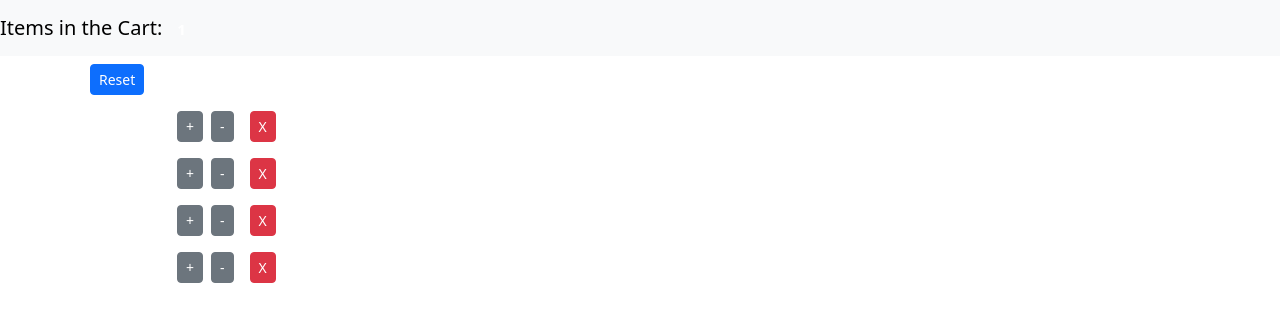
Repository: Edes2128/MovieTable-pagination-filter-sorting-in-React
Page: /
The author's editor kept a copy of each file at every save. The page is drawn from the files as they stood at one save, then again after a run of saves.
The browser window is 1280 px wide. The pictures show the whole page.
The project was rebuilt for these pictures with package versions that can differ from the ones it lists, and the page was loaded fresh each time. Also part of the build but not shown: src/App.css.

Above is the page before, as saved 2020-06-16 00:13:13.

### public/index.html
<!DOCTYPE html>
<html lang="en">
  <head>
    <meta charset="utf-8" />
    <link rel="icon" href="%PUBLIC_URL%/favicon.ico" />
    <meta name="viewport" content="width=device-width, initial-scale=1" />
    <meta name="theme-color" content="#000000" />
    <meta
      name="description"
      content="Web site created using create-react-app"
    />
    <link rel="apple-touch-icon" href="%PUBLIC_URL%/logo192.png" />

    <link rel="manifest" href="%PUBLIC_URL%/manifest.json" />

    <title>React App</title>
  </head>
  <body>
    <noscript>You need to enable JavaScript to run this app.</noscript>
    <div id="root"></div>
</html>

### src/index.js
import React from 'react';
import ReactDOM from 'react-dom';
import './index.css';
import 'bootstrap/dist/css/bootstrap.css';
import App from './App'
import 'font-awesome/css/font-awesome.css'
//

ReactDOM.render(
  <React.StrictMode>
    <App />
  </React.StrictMode>,
  document.getElementById('root')
);

### src/App.js
import React , {Component,Fragment}from 'react';
import './App.css';
//import Movies from './components/movies';
import Counters from './components/counters'
import Navbar from './components/navbar';

class App extends Component {

  state = {
    counters: [
        {id:1,value:4},
        {id:2,value:0},
        {id:3,value:0},
        {id:4,value:0}
    ]
 }


 handleDelete = (counterID) =>{
      const counters = this.state.counters.filter(c => c.id !== counterID);
      this.setState({counters})
 }

 handleReset =() =>{
      const counters = this.state.counters.map(c => {
            c.value = 0;
            return c;
        });
        this.setState({counters})
 };

 handleIncrement = counter => {

        const counters = [...this.state.counters];
        const index = counters.indexOf(counter);
        counters[index] = {...counter};
        counters[index].value++;
        this.setState({counters})
 }

 handleDecrement = counter => {

  const counters = [...this.state.counters];
  const index = counters.indexOf(counter);
  counters[index] = {...counter};
  counters[index].value--;
  this.setState({counters})
}


  render (){

    return (

    <Fragment>
    <Navbar totalCounters={this.state.counters.filter(c => c.value > 0).length} />
      <main className="container">
          <Counters onReset={this.handleReset} onIncrement={this.handleIncrement} onDecrement={this.handleDecrement} onDelete={this.handleDelete} counters={this.state.counters} />
      </main>
      </Fragment>
  );
  }
}
export default App;

### src/components/counters.jsx
import React, { Component } from 'react'
import Counter from './counter'

class Counters extends Component {

    render() {
            const {onReset,counters,onIncrement,onDelete,onDecrement} = this.props;

        return (
            <div>
            <button onClick={onReset} className="btn btn-primary btn-sm m-2">Reset</button>
                {counters.map(counter => <Counter key={counter.id} onIncrement={onIncrement} onDecrement={onDecrement} onDelete={onDelete} counter={counter}></Counter>)}
            </div> );
    }
}
export default Counters;

### src/components/navbar.jsx
import React from 'react'

const Navbar = ({totalCounters}) => {

        return (
            <nav className="navbar navbar-light bg-light">
                    <a href="#" className="navbar-brand">
                    Items in the Cart: <span className="badge badge-pill badge-secondary">{totalCounters}</span>
                    </a>

            </nav>
         );
    }
export default Navbar;

### src/components/counter.jsx
import React, { Component } from 'react';

class Counter extends Component {

    render() {

        return (
            <div className="row">
                <div className="col-1">
                <span className={this.getBadgeClasses()}>{this.formatCount()}</span>
                </div>
                <div className="col">
                <button onClick={() => this.props.onIncrement(this.props.counter)} className="btn btn-secondary btn-sm">+</button>
                <button onClick={() => this.props.onDecrement(this.props.counter)} className="btn btn-secondary btn-sm m-2">-</button>
                <button onClick={() => this.props.onDelete(this.props.counter.id)} className="btn btn-danger btn-sm m-2">X</button>
                </div>
            </div>
            ) ;
    }
    getBadgeClasses() {
        let classes = "badge m-2 badge-";
        classes += (this.props.counter.value === 0) ? "warning" : "primary";
        return classes;
    }

    formatCount(){
        const {value} = this.props.counter;
        return value === 0 ? 'Zero' : value;
    }
}
export default Counter;

Loaded but not shown: src/index.css (common file)

After the next 2 saves:
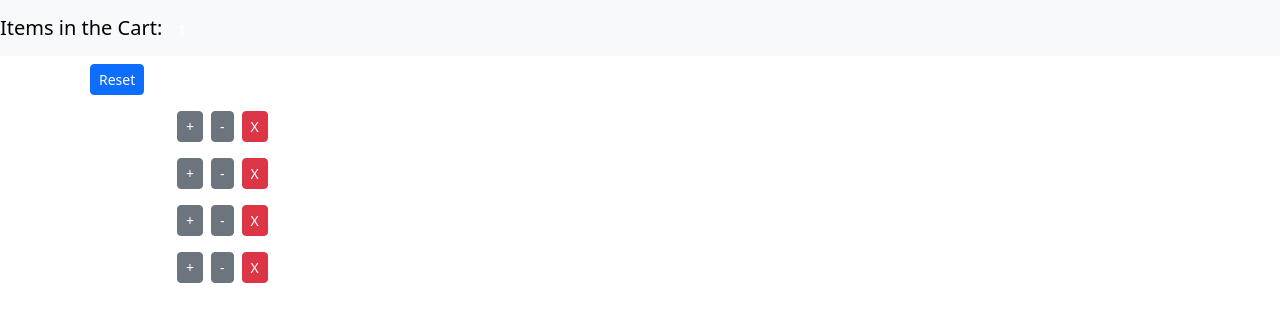
The 2 saves are shown as one change because they came seconds apart.
The last was saved 33 s later.
--- a/src/components/counter.jsx
+++ b/src/components/counter.jsx
@@ -12,7 +12,7 @@ class Counter extends Component {
                 <div className="col">
                 <button onClick={() => this.props.onIncrement(this.props.counter)} className="btn btn-secondary btn-sm">+</button>
                 <button onClick={() => this.props.onDecrement(this.props.counter)} className="btn btn-secondary btn-sm m-2">-</button>
-                <button onClick={() => this.props.onDelete(this.props.counter.id)} className="btn btn-danger btn-sm m-2">X</button>
+                <button onClick={() => this.props.onDelete(this.props.counter.id)} className="btn btn-danger btn-sm">X</button>
                 </div>
             </div>
             ) ;
